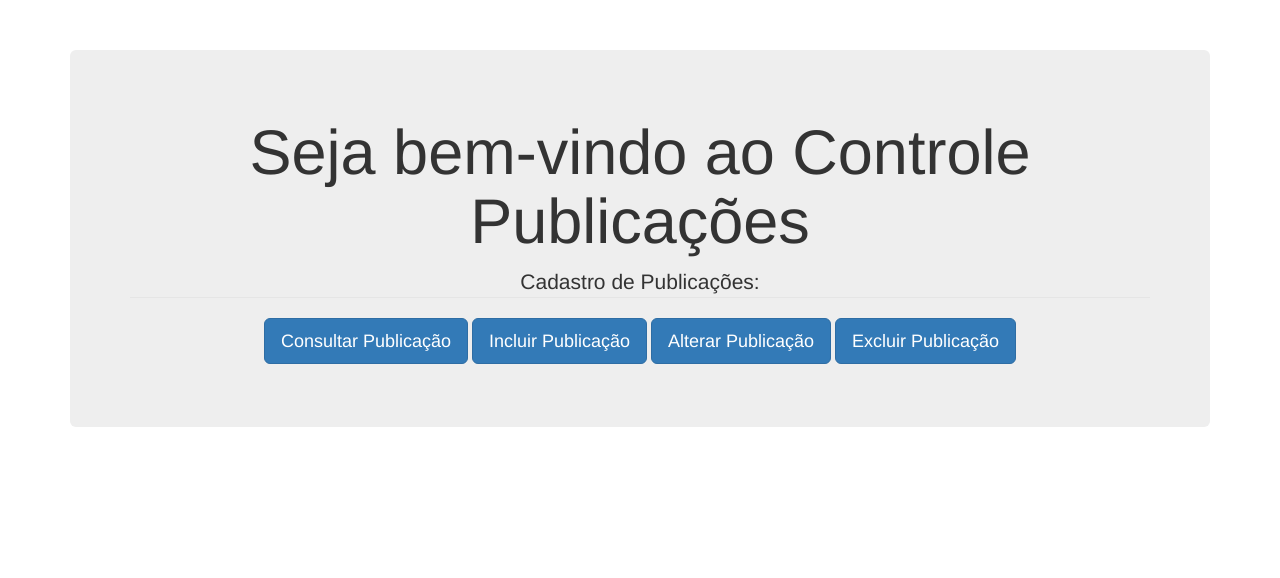
Repository: fabriciofelipe/mestrado-tesd-soa
Page: http://localhost/PublicacaoConsumer/WEB-INF/views/index.jsp
The author's editor kept a copy of each file at every save. The page is drawn from the files as they stood at one save, then again after the next save.
The browser window is 1280 px wide. The pictures show the whole page.
Some web libraries are served in a nearby version. The page is served by Tomcat 9. Nobody is signed in. Other server files are loaded and not shown. The template is opened directly, without the code that normally fills it, so the values that code supplies are empty.

Above is the page before, as saved 2017-04-14 23:10:35.
Console error (its wording comes from the project's code and is left out).

### projetoSoap/PublicacaoConsumer/WebContent/WEB-INF/views/index.jsp
<!DOCTYPE html>
<html>
    <head>
        <meta http-equiv="Content-Type" content="text/html; charset=UTF-8" />
        <title>ListaVIP</title>
        <link href="https://maxcdn.bootstrapcdn.com/bootstrap/3.3.7/css/bootstrap.min.css" rel="stylesheet" />
    </head>
    <body>
    <div class="container">
        <div class="jumbotron" align="center" style="margin-top: 50px;">
            <h1>Seja bem-vindo ao Controle Publicações</h1>
   <fieldset class="form-group"><legend>Cadastro de Publicações:</legend>
            <div align="center">
                <a href="publicacoes" class="btn btn-lg btn-primary">Consultar Publicação</a>
                <a href="cadastrarPublicacao" class="btn btn-lg btn-primary">Incluir Publicação</a>
                <a href="alterarPublicacao" class="btn btn-lg btn-primary">Alterar Publicação</a>
                <a href="excluirPublicacao" class="btn btn-lg btn-primary">Excluir Publicação</a>
            </div>
     </fieldset>
        </div>
    </div>
    <script src="https://maxcdn.bootstrapcdn.com/bootstrap/3.3.7/js/bootstrap.min.js"></script>
     <script src="https://ajax.googleapis.com/ajax/libs/jquery/1.11.0/jquery.min.js "></script>
    </body>
</html>

After the next save:
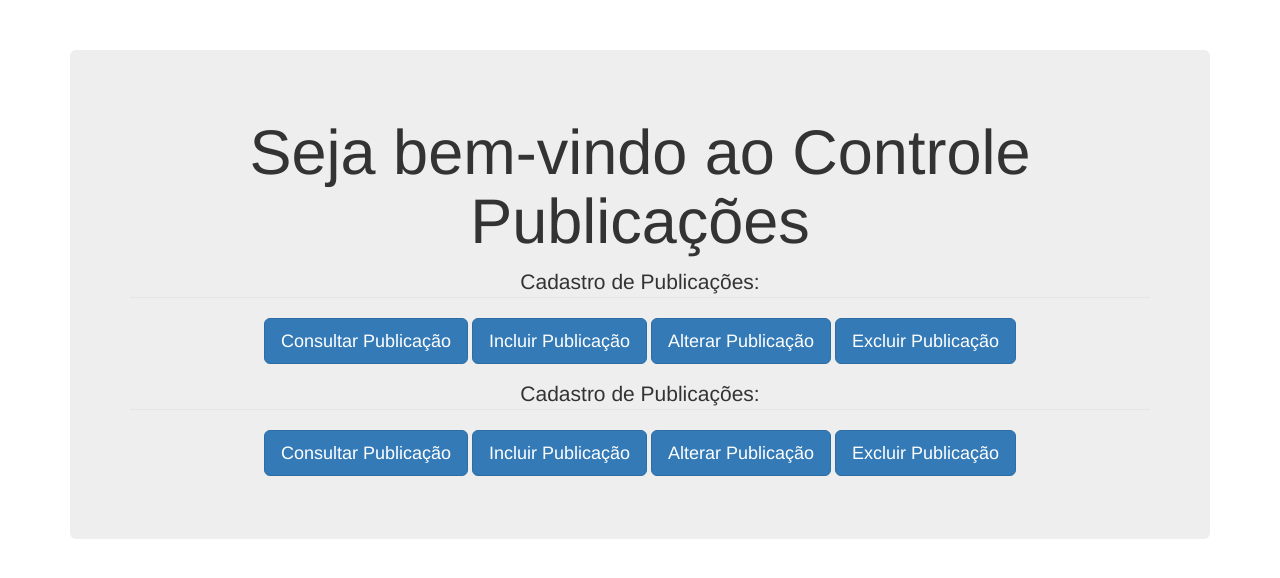
Saved 44 s later.
--- a/projetoSoap/PublicacaoConsumer/WebContent/WEB-INF/views/index.jsp
+++ b/projetoSoap/PublicacaoConsumer/WebContent/WEB-INF/views/index.jsp
@@ -17,8 +17,16 @@
                 <a href="excluirPublicacao" class="btn btn-lg btn-primary">Excluir Publicação</a>
             </div>
      </fieldset>
+       <fieldset class="form-group"><legend>Cadastro de Publicações:</legend>
+            <div align="center">
+                <a href="publicacoes" class="btn btn-lg btn-primary">Consultar Publicação</a>
+                <a href="cadastrarPublicacao" class="btn btn-lg btn-primary">Incluir Publicação</a>
+                <a href="alterarPublicacao" class="btn btn-lg btn-primary">Alterar Publicação</a>
+                <a href="excluirPublicacao" class="btn btn-lg btn-primary">Excluir Publicação</a>
+            </div>
+     </fieldset>
         </div>
-    </div>
+        </div>
     <script src="https://maxcdn.bootstrapcdn.com/bootstrap/3.3.7/js/bootstrap.min.js"></script>
      <script src="https://ajax.googleapis.com/ajax/libs/jquery/1.11.0/jquery.min.js "></script>
     </body>
